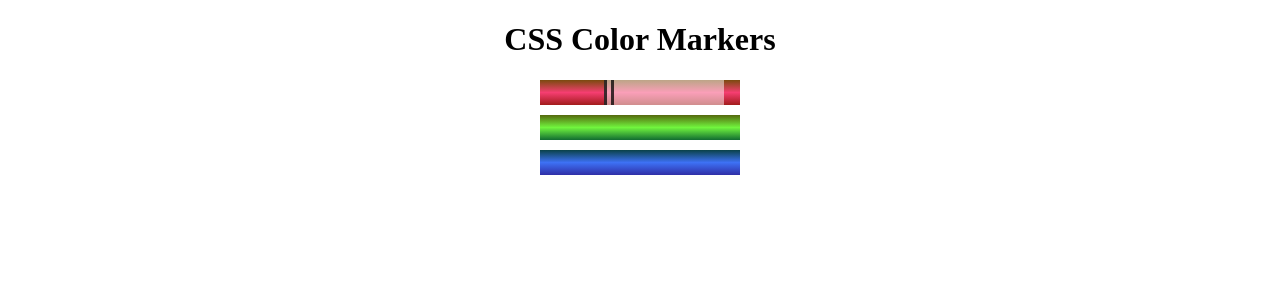
Repository: AimenDje/ColoredMarkers
Page: index.html
The author's editor kept a copy of each file at every save. The page is drawn from the files as they stood at one save, then again after the next save.
The browser window is 1280 px wide. The pictures show the whole page.

Above is the page before, as saved 2025-05-09 11:52:03.

### index.html
<!DOCTYPE html>
<html lang="en">
    <head>
        <meta charset="utf-8">
        <meta name="viewport" content="width=device-width, initial-scale=1.0">
        <link rel="stylesheet" href="styles.css">
        <title>Colored Markers</title>
    </head>
    <body>
        <h1>CSS Color Markers</h1>
        <div class="container">
            <div class="marker red">
                <div class="cap"></div>
                <div class="sleeve"></div>
            </div>
            <div class="marker green">
            </div>
            <div class="marker blue">
            </div>
        </div>
      </body>
</html>

### styles.css
h1 {
    text-align:center;
}

.marker {
    width: 200px;
    height: 25px;
    margin: 10px auto;
  }

.red {
  background: linear-gradient( rgb(122, 74, 14), rgb(245, 62, 113), rgb(162, 27, 27));
}

.green {
  background: linear-gradient( #55680D, #71F53E, #116C31);
}

.blue {
  background: linear-gradient(hsl(186, 76%, 16%), hsl(223, 90%, 60%),hsl(240, 56%, 42%));
}

.sleeve {
  width: 110px;
  height: 25px;
  background-color: rgba(255, 255, 255, 0.5);
  border-left: 10px double rgba(0,0,0,0.75);
}

.cap{
  width:60px;
  height:25px;
}

.sleeve, .cap {
  display:inline-block;
}

After the next save:
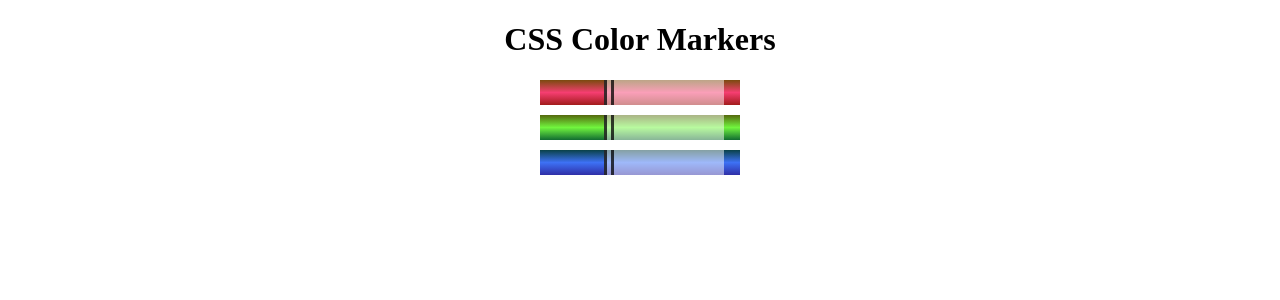
Saved 58 s later.
--- a/index.html
+++ b/index.html
@@ -8,15 +8,17 @@
     </head>
     <body>
         <h1>CSS Color Markers</h1>
-        <div class="container">
-            <div class="marker red">
-                <div class="cap"></div>
-                <div class="sleeve"></div>
-            </div>
-            <div class="marker green">
-            </div>
-            <div class="marker blue">
-            </div>
-        </div>
+         <div class="marker red">
+        <div class="cap"></div>
+        <div class="sleeve"></div>
+      </div>
+      <div class="marker green">
+        <div class="cap"></div>
+        <div class="sleeve"></div>
+      </div>
+      <div class="marker blue">
+        <div class="cap"></div>
+        <div class="sleeve"></div>
+      </div>
       </body>
 </html>
